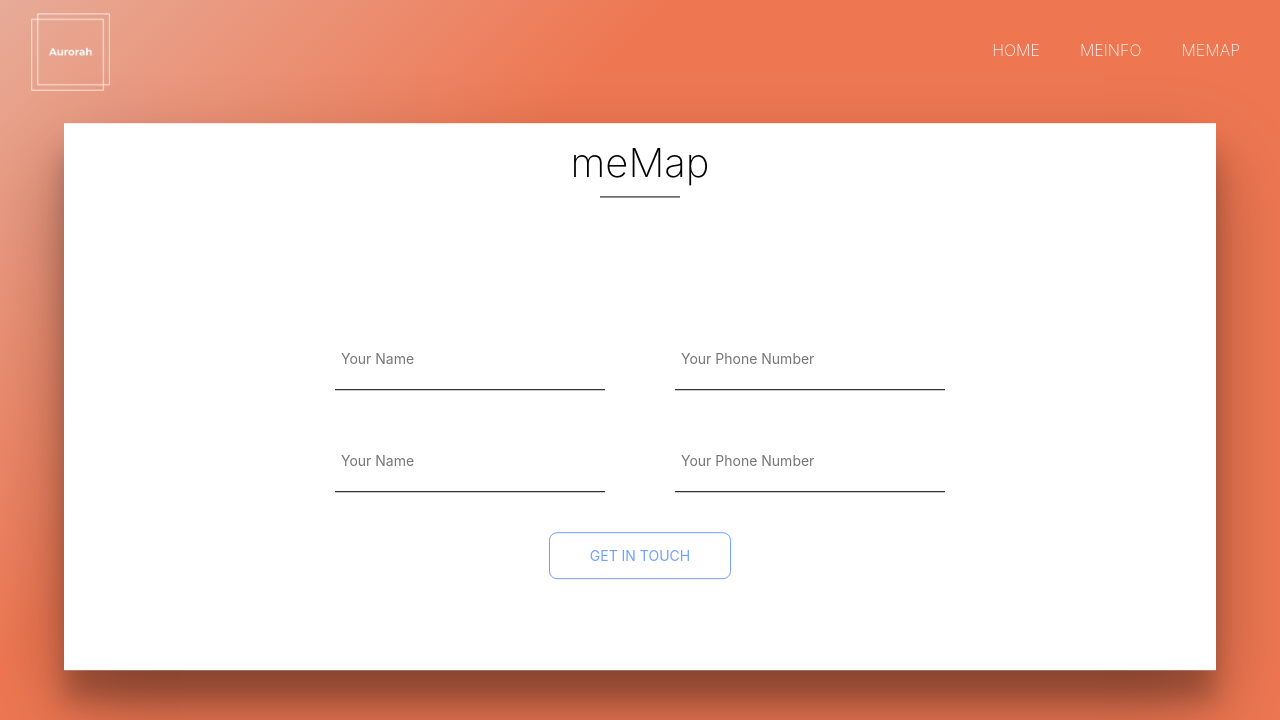
Repository: aasirvalji/saferMe
Page: /alt
These files come from the project's save history. The page is drawn as it stood at one moment and after a run of saves; the edit follows.
The browser window is 1280 px wide. The pictures show the whole page.
The project was rebuilt for these pictures with package versions that can differ from the ones it lists, and the page was loaded fresh each time. Also part of the build but not shown: src/components/Landing.js, src/styles/Services.css, src/components/Services.js, src/styles/MapDisplay.css, src/mapStyles.js, src/components/MapDisplay.js, src/styles/AboutDisplay.css, src/components/AboutDisplay.js and 1 more.

Above is the page before, as saved 2020-02-15 12:53:27.

After the next 5 saves:
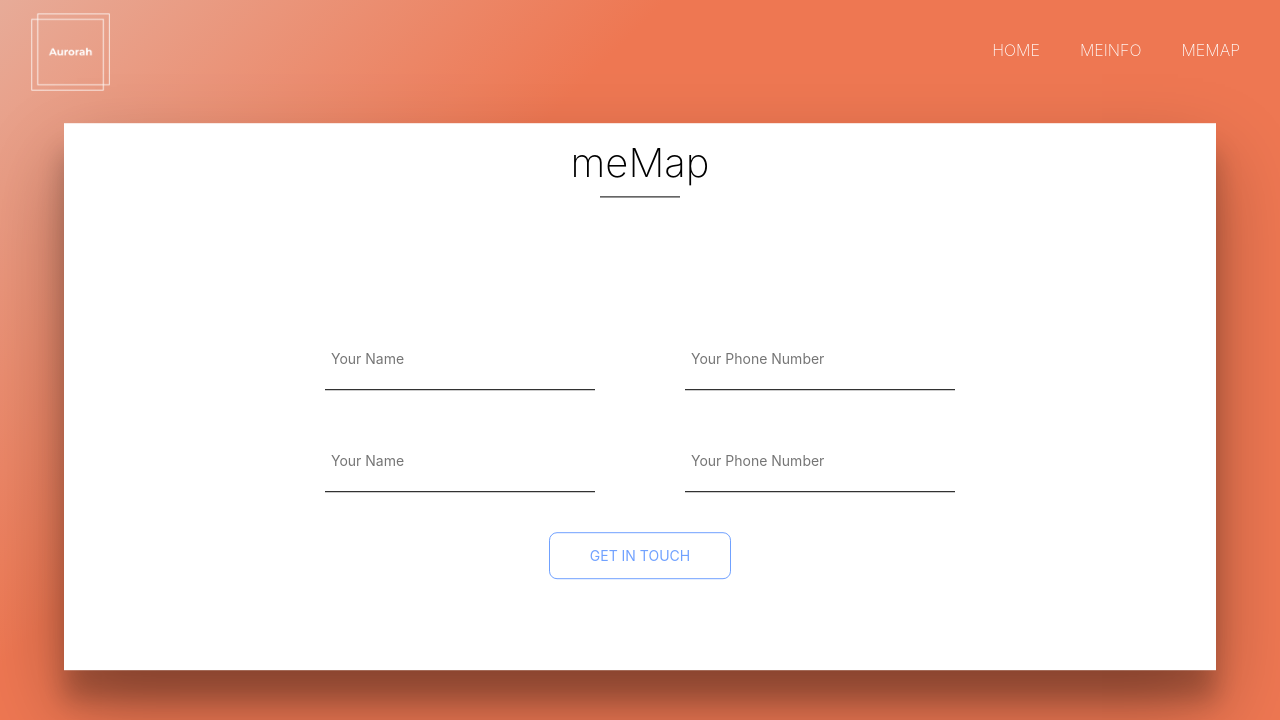
The 5 saves are shown as one change because they came seconds apart.
The last was saved 16 s later.
--- a/src/styles/AltDisplay.css
+++ b/src/styles/AltDisplay.css
@@ -131,7 +131,7 @@
   .inner-width{
     max-width: 650px;
     margin: auto;
-    padding: 0 20px;
+    padding: 0 10px;
   }
 
   .contact-section h1{

After the save that followed:
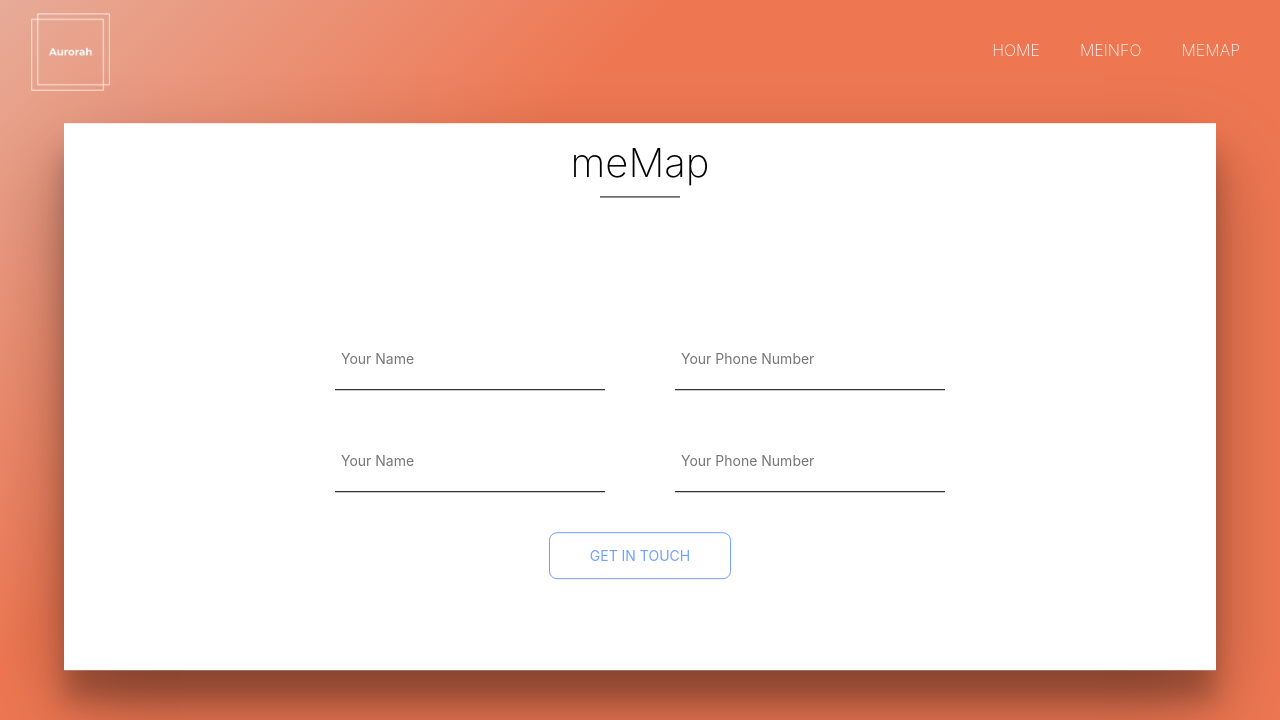
Saved 5 s later.
--- a/src/styles/AltDisplay.css
+++ b/src/styles/AltDisplay.css
@@ -131,7 +131,7 @@
   .inner-width{
     max-width: 650px;
     margin: auto;
-    padding: 0 10px;
+    padding: 0 20px;
   }
 
   .contact-section h1{
